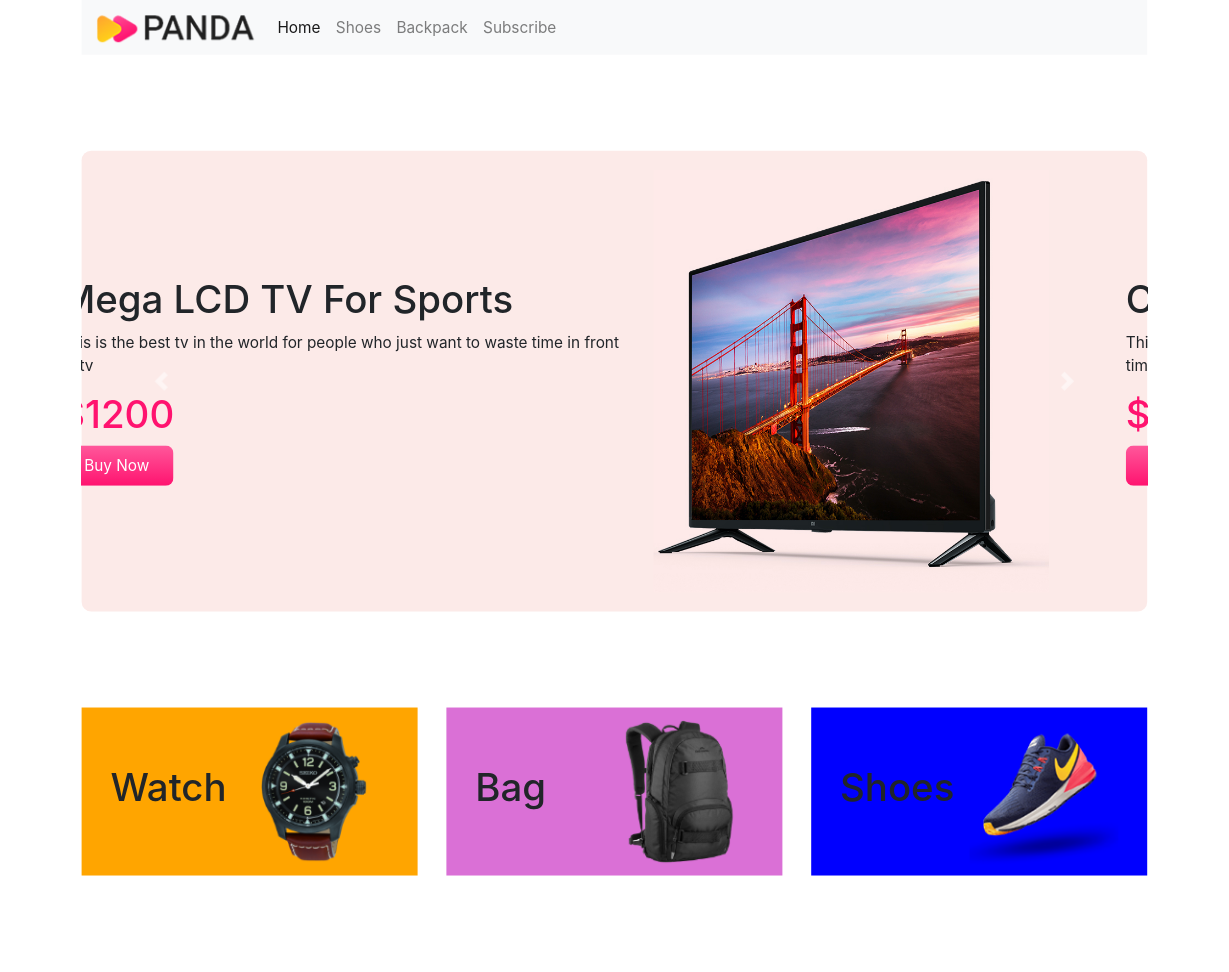
Repository: mohsinfarabi/panda-commerce
Page: index.html
An editor plug-in stored every save of this project. The page is shown before and after the next save, followed by the edit.
The browser window is 1280 px wide. The pictures show the whole page, at 96% of full size.

Above is the page before, as saved 2020-07-07 02:59:26.

After the next save:
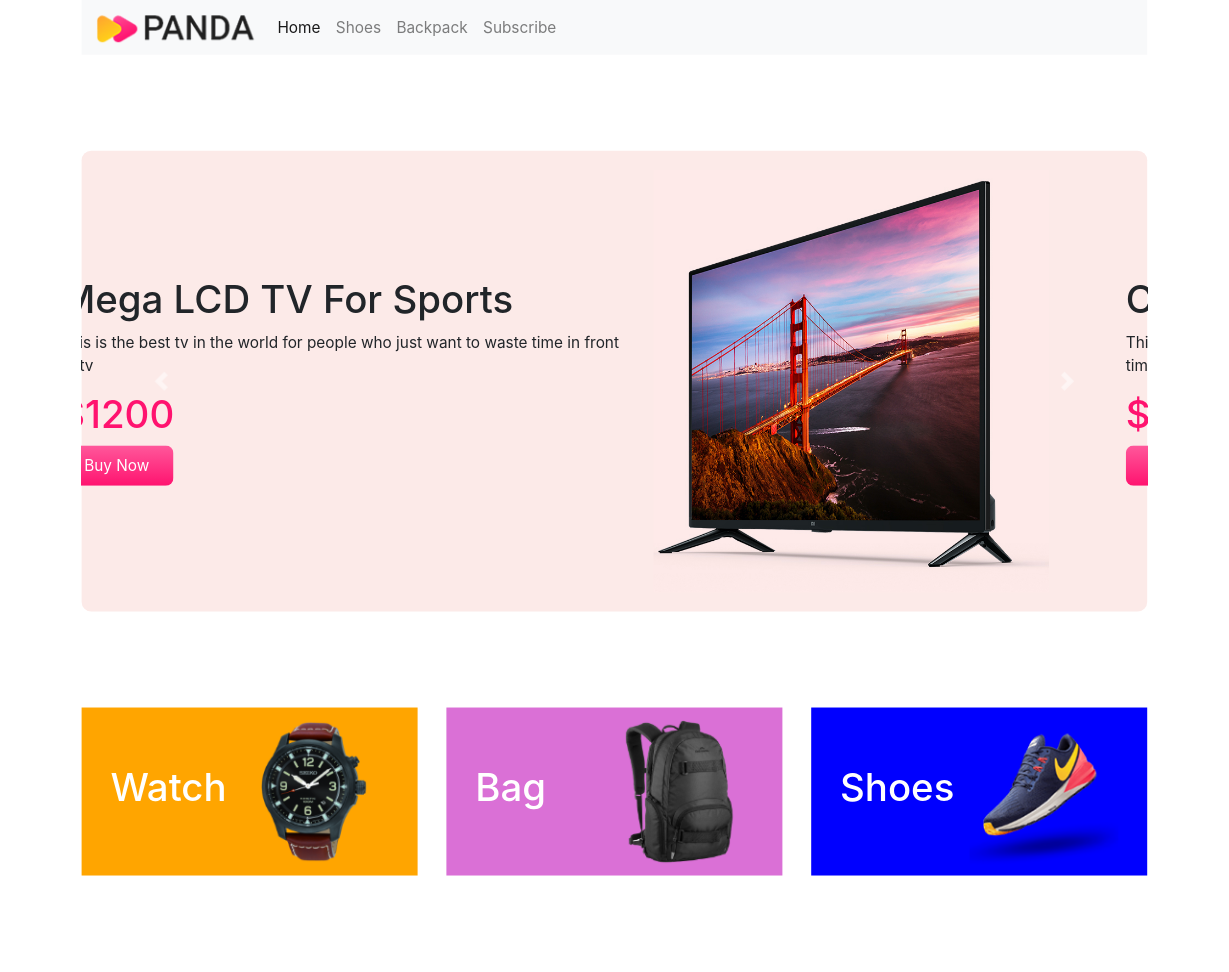
Saved 5 s later.
--- a/style.css
+++ b/style.css
@@ -42,4 +42,6 @@
     background-color: blue;
 }
 
-.categories h1 {}
+.categories h1 {
+    color: white;
+}
